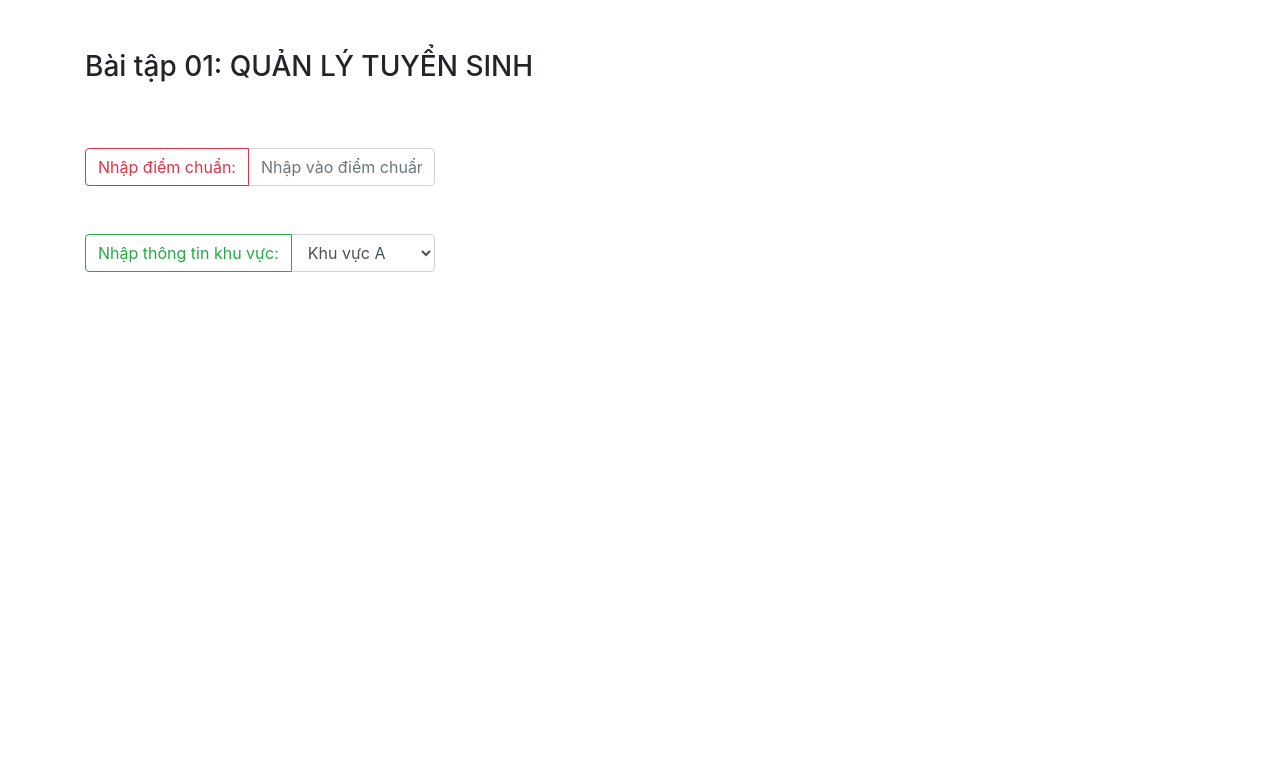
Repository: ducdatit2002/javascript-tinh-day15
Page: index.html
These files come from the project's save history. The page is drawn as it stood at one moment and after the next save; the edit follows.
The browser window is 1280 px wide. The pictures show the whole page.

Above is the page before, as saved 2023-08-20 12:35:55.

After the next save:
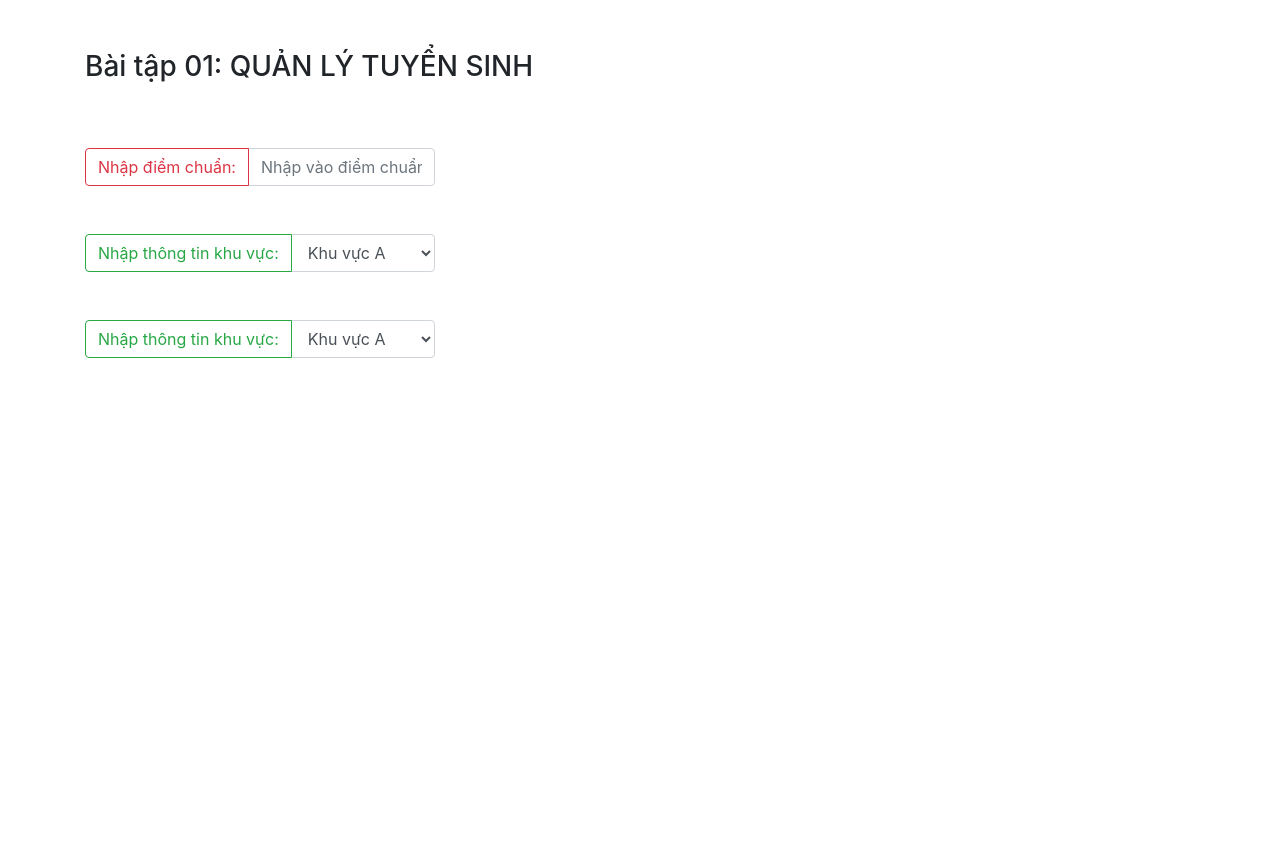
Saved 87 s later.
--- a/index.html
+++ b/index.html
@@ -44,6 +44,16 @@
                 <option value="0.5">Khu vực C</option>
               </select>
             </div>
+            <div class="input-group mt-5">
+              <div class="input-group-prepend">
+                <button class="btn btn-outline-success">Nhập thông tin khu vực:</button>
+              </div>
+              <select id="khuVuc" class="form-control">
+                <option value="2">Khu vực A</option>
+                <option value="1">Khu vực B</option>
+                <option value="0.5">Khu vực C</option>
+              </select>
+            </div>
           </div>
         </div>
       </div>
